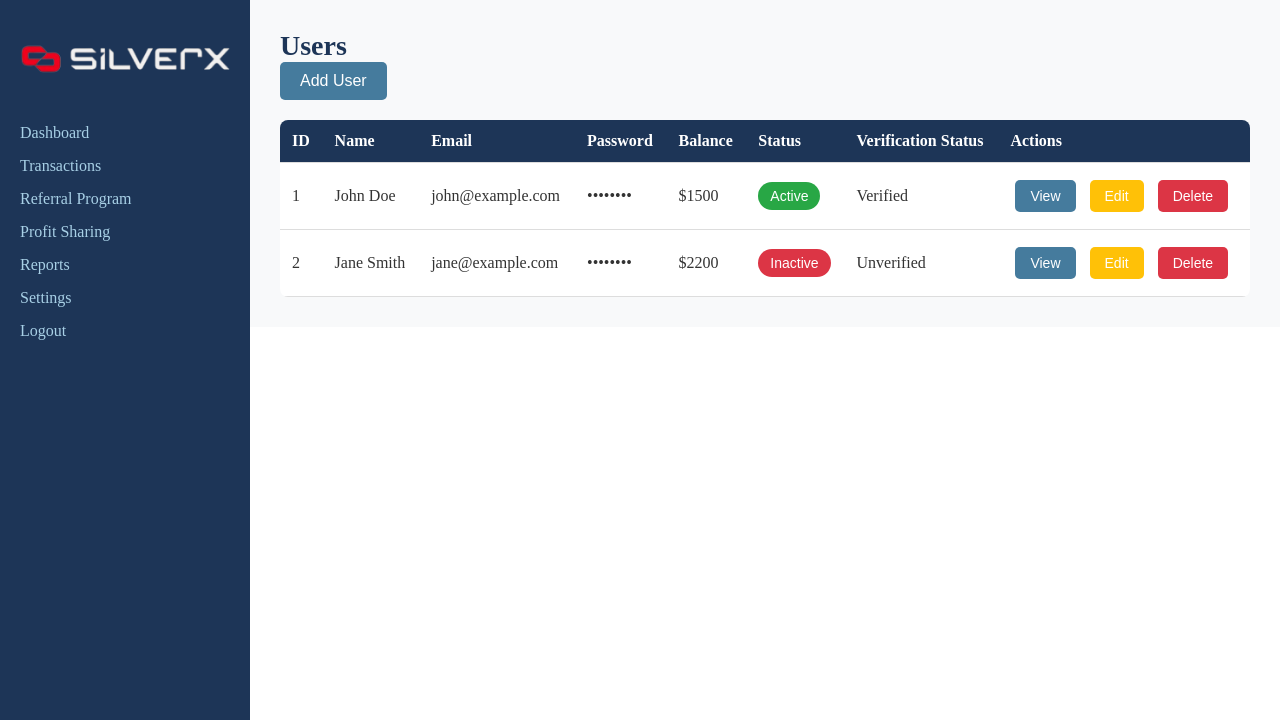
Repository: 2025silverx/slivedrX
Page: index.html
An editor plug-in stored every save of this project. The page is shown before and after the next save, followed by the edit.
The browser window is 1280 px wide. The pictures show the whole page.

Above is the page before, as saved 2025-01-19 14:20:11.

### index.html
<!DOCTYPE html>
<html lang="en">
<head>
    <meta charset="UTF-8">
    <meta name="viewport" content="width=device-width, initial-scale=1.0">
    <title>Admin Panel - Users</title>
    <link rel="stylesheet" href="style.css">
</head>
<body>
    <div id="sidebar-container">
        <div class="sidebar">
            <img src="images/logo.png" alt="Sidebar Logo" class="sidebar-logo">
            <ul class="sidebar-links">
                <li><a href="index.html" class="sidebar-link" data-target="dashboard">Dashboard</a></li>
                <li><a href="index2.html" class="sidebar-link" data-target="transactions">Transactions</a></li>
                <li><a href="indesx3.html" class="sidebar-link" data-target="reports">Referral Program</a></li>
                <li><a href="index4.html" class="sidebar-link" data-target="users">Profit Sharing</a></li>
                <li><a href="index5.html" class="sidebar-link" data-target="reports">Reports</a></li>
                <li><a href="setting.html" class="sidebar-link" data-target="settings">Settings</a></li>
                <li><a href="login.html" class="sidebar-link" data-target="logout">Logout</a></li>
            </ul>
        </div>
    </div>

    <div class="main-content">
        <h1>Users</h1>
        <button onclick="addUser()" class="add-user-btn">Add User</button>
        <table class="full-width-table">
            <thead>
                <tr>
                    <th>ID</th>
                    <th>Name</th>
                    <th>Email</th>
                    <th>Password</th>
                    <th>Balance</th>
                    <th>Status</th>
                    <th>Verification Status</th>
                    <th>Actions</th>
                </tr>
            </thead>
            <tbody id="userTable">
                <tr>
                    <td>1</td>
                    <td>John Doe</td>
                    <td>john@example.com</td>
                    <td>••••••••</td>
                    <td>$1500</td>
                    <td><button class="status-btn active" onclick="toggleStatus(this)">Active</button></td>
                    <td>Verified</td>
                    <td>
                        <button class="action-btn view" onclick="viewUser(1)">View</button>
                        <button class="action-btn edit" onclick="editUser(1)">Edit</button>
                        <button class="action-btn delete" onclick="deleteUser(1)">Delete</button>
                    </td>
                </tr>
                <tr>
                    <td>2</td>
                    <td>Jane Smith</td>
                    <td>jane@example.com</td>
                    <td>••••••••</td>
                    <td>$2200</td>
                    <td><button class="status-btn inactive" onclick="toggleStatus(this)">Inactive</button></td>
                    <td>Unverified</td>
                    <td>
                        <button class="action-btn view" onclick="viewUser(2)">View</button>
                        <button class="action-btn edit" onclick="editUser(2)">Edit</button>
                        <button class="action-btn delete" onclick="deleteUser(2)">Delete</button>
                    </td>
                </tr>
            </tbody>
        </table>

        <!-- Hidden Edit User Form -->
        <div id="edit-form-container" class="edit-form" style="display: none;">
            <h2>Edit User</h2>
            <form id="edit-form">
                <input type="text" id="edit-name" placeholder="Name" required>
                <input type="email" id="edit-email" placeholder="Email" required>
                <input type="text" id="edit-password" placeholder="Password" required>
                <input type="number" id="edit-balance" placeholder="Balance" required>
                <button type="submit">Save Changes</button>
                <button type="button" onclick="closeEditForm()">Cancel</button>
            </form>
        </div>
    </div>

    <script>
        function addUser() {
            alert('Add User button clicked.');
        }

        function viewUser(id) {
            alert(`Viewing details for User ID: ${id}`);
        }

        function editUser(id) {
            const name = document.getElementById('edit-name');
            const email = document.getElementById('edit-email');
            const password = document.getElementById('edit-password');
            const balance = document.getElementById('edit-balance');

            // Mock data for simplicity
            name.value = `User ${id}`;
            email.value = `user${id}@example.com`;
            password.value = 'examplePassword'; // Display the actual password
            balance.value = 1500;

            // Show the form
            document.getElementById('edit-form-container').style.display = 'block';
        }

        function deleteUser(id) {
            const confirmDelete = confirm(`Are you sure you want to delete User ID: ${id}?`);
            if (confirmDelete) {
                alert(`User ID: ${id} deleted.`);
            }
        }

        function toggleStatus(button) {
            if (button.classList.contains('active')) {
                button.classList.remove('active');
                button.classList.add('inactive');
                button.textContent = 'Inactive';
            } else {
                button.classList.remove('inactive');
                button.classList.add('active');
                button.textContent = 'Active';
            }
        }

        function closeEditForm() {
            document.getElementById('edit-form-container').style.display = 'none';
        }

        document.getElementById('edit-form').addEventListener('submit', function (event) {
            event.preventDefault();
            alert('Changes saved!');
            document.getElementById('edit-form-container').style.display = 'none';
        });
    </script>
</body>
</html>

### style.css
/* Reset some default styles */
* {
    margin: 0;
    padding: 0;
    box-sizing: border-box;
}

/* Sidebar styles */
#sidebar-container {
    width: 250px;
    height: 100vh;
    position: fixed;
    background-color: #1d3557; /* Bluish background */
    color: white;
    padding: 20px;
    display: flex;
    flex-direction: column;
    justify-content: space-between;
}

.sidebar-logo {
    width: 100%;
    margin-bottom: 30px;
}

.sidebar-links {
    list-style-type: none;
    padding: 0;
}

.sidebar-link {
    text-decoration: none;
    color: #a8d0e6; /* Lighter bluish text */
    font-size: 16px;
    display: block;
    margin-bottom: 15px;
    transition: 0.3s;
}

.sidebar-link:hover {
    color: #fff;
}

/* Main content styles */
.main-content {
    margin-left: 250px;
    padding: 30px;
    background-color: #f8f9fa;
}

h1 {
    font-size: 28px;
    color: #1d3557;
}

/* Add User Button Styles */
.add-user-btn {
    background-color: #457b9d;
    color: white;
    border: none;
    padding: 10px 20px;
    border-radius: 5px;
    font-size: 16px;
    cursor: pointer;
    transition: background-color 0.3s;
}

.add-user-btn:hover {
    background-color: #1d3557;
}

/* Table Styles */
table {
    width: 100%;
    border-collapse: collapse;
    margin-top: 20px;
    border-radius: 8px;
    overflow: hidden;
}

th, td {
    padding: 12px;
    text-align: left;
    border-bottom: 1px solid #ddd;
}

th {
    background-color: #1d3557;
    color: white;
}

td {
    background-color: #fff;
    color: #333;
}

/* Status button styles */
.status-btn {
    padding: 6px 12px;
    border-radius: 20px;
    color: white;
    font-size: 14px;
    cursor: pointer;
    border: none;
}

.status-btn.active {
    background-color: #28a745;
}

.status-btn.inactive {
    background-color: #dc3545;
}

/* Action button styles */
.action-btn {
    padding: 8px 15px;
    border: none;
    cursor: pointer;
    margin: 5px;
    border-radius: 5px;
    font-size: 14px;
}

.action-btn.view {
    background-color: #457b9d;
    color: white;
}

.action-btn.edit {
    background-color: #ffc107;
    color: white;
}

.action-btn.delete {
    background-color: #dc3545;
    color: white;
}

.action-btn.show-password {
    background-color: #17a2b8;
    color: white;
}

After the next save:
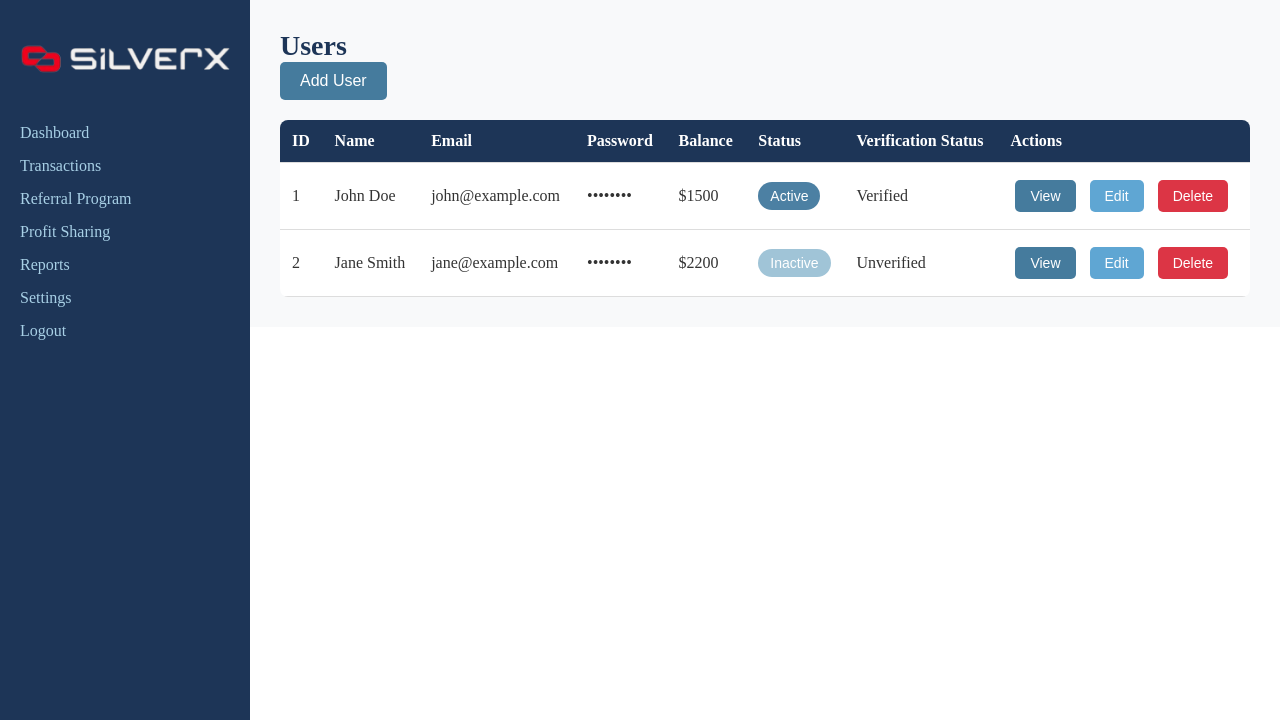
Saved 53 s later.
--- a/style.css
+++ b/style.css
@@ -55,7 +55,7 @@
 
 /* Add User Button Styles */
 .add-user-btn {
-    background-color: #457b9d;
+    background-color: #457b9d; /* Bluish button */
     color: white;
     border: none;
     padding: 10px 20px;
@@ -105,11 +105,11 @@
 }
 
 .status-btn.active {
-    background-color: #28a745;
+    background-color: #4c80a3; /* Bluish active status */
 }
 
 .status-btn.inactive {
-    background-color: #dc3545;
+    background-color: #a0c4d7; /* Light bluish for inactive */
 }
 
 /* Action button styles */
@@ -123,12 +123,12 @@
 }
 
 .action-btn.view {
-    background-color: #457b9d;
+    background-color: #457b9d; /* Bluish for view button */
     color: white;
 }
 
 .action-btn.edit {
-    background-color: #ffc107;
+    background-color: #5fa6d3; /* Lighter bluish for edit button */
     color: white;
 }
 
@@ -141,3 +141,70 @@
     background-color: #17a2b8;
     color: white;
 }
+
+/* Commission Table Styles */
+.commission-table {
+    width: 100%;
+    border-collapse: collapse;
+    margin-top: 20px;
+}
+
+.commission-table th,
+.commission-table td {
+    padding: 10px;
+    text-align: left;
+    border-bottom: 1px solid #ddd;
+}
+
+.commission-table th {
+    background-color: #1d3557;
+    color: white;
+}
+
+.commission-table td {
+    background-color: #fff;
+    color: #555;
+}
+
+.commission-table tr:hover {
+    background-color: #f1f9fc; /* Light hover effect */
+}
+
+/* Percentage Label Colors */
+.commission-table td span {
+    font-weight: bold;
+}
+
+.commission-table td span.low {
+    color: #457b9d; /* Bluish for lower percentages */
+}
+
+.commission-table td span.medium {
+    color: #5fa6d3; /* Lighter bluish for medium percentages */
+}
+
+.commission-table td span.high {
+    color: #1d3557; /* Dark bluish for higher percentages */
+}
+
+/* Username Styles */
+.commission-table td .username {
+    font-weight: normal;
+    color: #1d3557; /* Dark blue for username */
+}
+
+/* Edit Button Styles */
+.edit-btn {
+    background-color: #457b9d; /* Bluish edit button */
+    color: white;
+    border: none;
+    padding: 5px 10px;
+    border-radius: 4px;
+    cursor: pointer;
+    font-size: 14px;
+    transition: background-color 0.3s;
+}
+
+.edit-btn:hover {
+    background-color: #1d3557; /* Dark bluish on hover */
+}

After the save that followed:
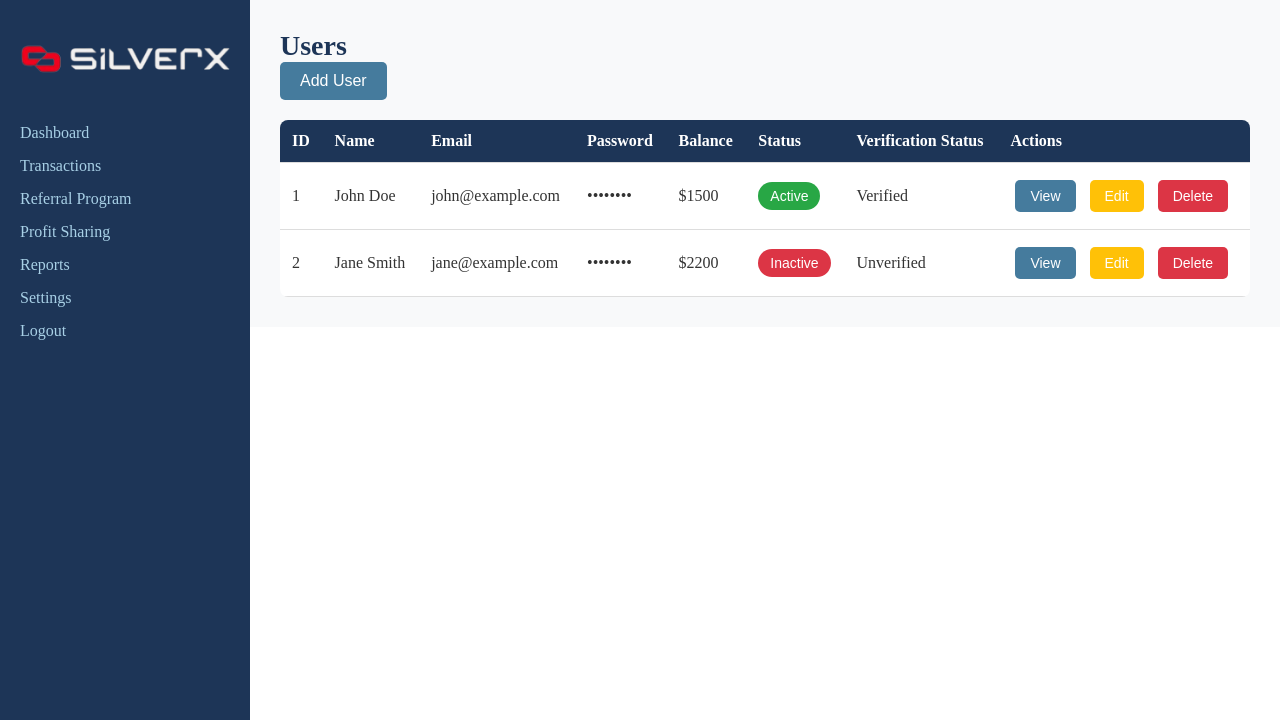
Saved 25 s later.
--- a/style.css
+++ b/style.css
@@ -55,7 +55,7 @@
 
 /* Add User Button Styles */
 .add-user-btn {
-    background-color: #457b9d; /* Bluish button */
+    background-color: #457b9d;
     color: white;
     border: none;
     padding: 10px 20px;
@@ -105,11 +105,11 @@
 }
 
 .status-btn.active {
-    background-color: #4c80a3; /* Bluish active status */
+    background-color: #28a745;
 }
 
 .status-btn.inactive {
-    background-color: #a0c4d7; /* Light bluish for inactive */
+    background-color: #dc3545;
 }
 
 /* Action button styles */
@@ -123,12 +123,12 @@
 }
 
 .action-btn.view {
-    background-color: #457b9d; /* Bluish for view button */
+    background-color: #457b9d;
     color: white;
 }
 
 .action-btn.edit {
-    background-color: #5fa6d3; /* Lighter bluish for edit button */
+    background-color: #ffc107;
     color: white;
 }
 
@@ -141,70 +141,3 @@
     background-color: #17a2b8;
     color: white;
 }
-
-/* Commission Table Styles */
-.commission-table {
-    width: 100%;
-    border-collapse: collapse;
-    margin-top: 20px;
-}
-
-.commission-table th,
-.commission-table td {
-    padding: 10px;
-    text-align: left;
-    border-bottom: 1px solid #ddd;
-}
-
-.commission-table th {
-    background-color: #1d3557;
-    color: white;
-}
-
-.commission-table td {
-    background-color: #fff;
-    color: #555;
-}
-
-.commission-table tr:hover {
-    background-color: #f1f9fc; /* Light hover effect */
-}
-
-/* Percentage Label Colors */
-.commission-table td span {
-    font-weight: bold;
-}
-
-.commission-table td span.low {
-    color: #457b9d; /* Bluish for lower percentages */
-}
-
-.commission-table td span.medium {
-    color: #5fa6d3; /* Lighter bluish for medium percentages */
-}
-
-.commission-table td span.high {
-    color: #1d3557; /* Dark bluish for higher percentages */
-}
-
-/* Username Styles */
-.commission-table td .username {
-    font-weight: normal;
-    color: #1d3557; /* Dark blue for username */
-}
-
-/* Edit Button Styles */
-.edit-btn {
-    background-color: #457b9d; /* Bluish edit button */
-    color: white;
-    border: none;
-    padding: 5px 10px;
-    border-radius: 4px;
-    cursor: pointer;
-    font-size: 14px;
-    transition: background-color 0.3s;
-}
-
-.edit-btn:hover {
-    background-color: #1d3557; /* Dark bluish on hover */
-}
